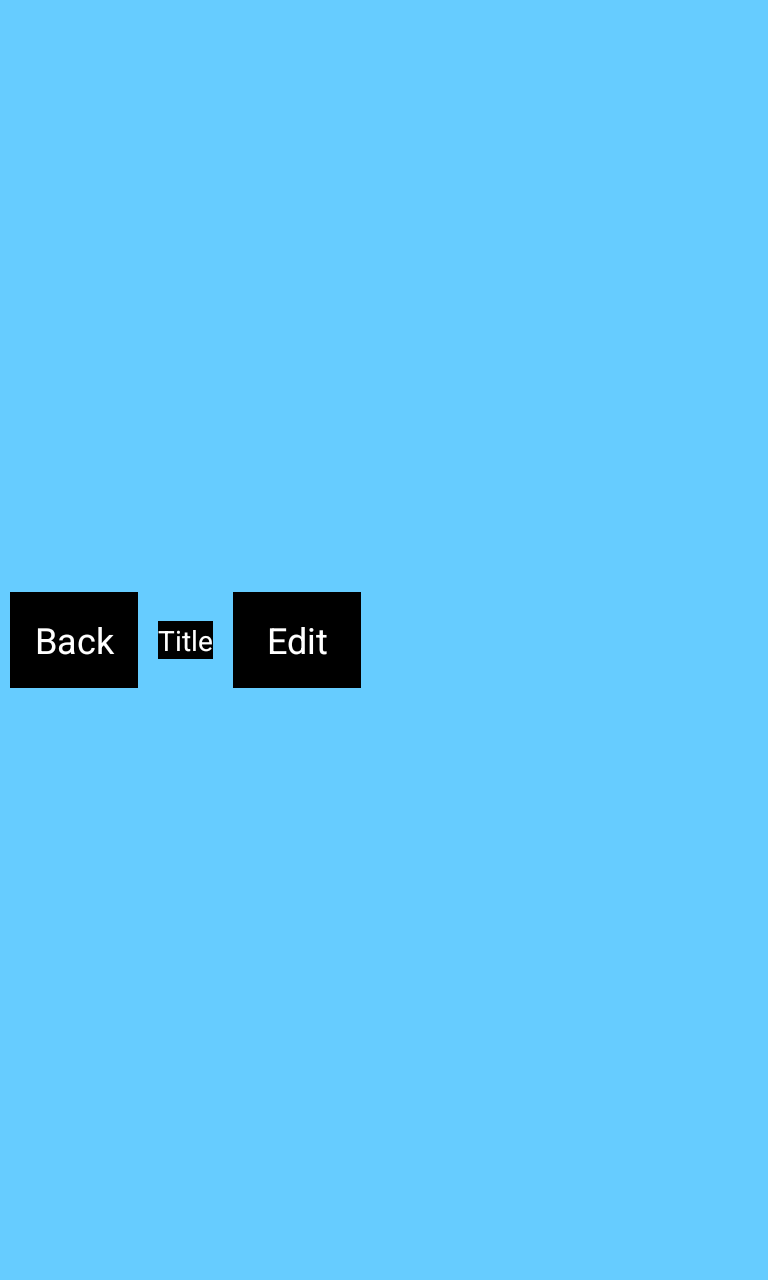
Repository: Ollyder/eclipse_work
Layout: TableLayout/res/layout/title.xml
The author's editor kept a copy of each file at every save. The layout is drawn from the files as they stood at one save, then again after the next save.
It is drawn on a 768 x 1280 px phone screen (xhdpi) without system bars, with theme AppTheme; the app's code is not run.

Above is the layout before, as saved 2017-05-28 04:58:18.

### TableLayout/res/layout/title.xml
<?xml version="1.0" encoding="utf-8"?>
<LinearLayout xmlns:android="http://schemas.android.com/apk/res/android"
    android:layout_width="match_parent"
    android:layout_height="wrap_content"
    android:background="#66ccff"
    android:orientation="horizontal"
     >

    <Button
        android:id="@+id/title_button1"
        android:layout_width="wrap_content"
        android:layout_height="wrap_content"
        android:layout_gravity="center"
        android:layout_margin="5dip"
        android:background="#000000"
        android:textColor="#ffffff"
        android:text="Back" />

    <TextView
        android:id="@+id/title_text_view1"
        android:layout_width="wrap_content"
        android:layout_height="wrap_content"
        android:layout_margin="5dip"
        android:layout_gravity="center"
        android:background="#000000"
        android:textColor="#ffffff"
        android:text="Title" />

    <Button
        android:id="@+id/title_button2"
        android:layout_width="wrap_content"
        android:layout_height="wrap_content"
        android:layout_margin="5dip"
        android:background="#000000"
        android:text="Edit"
        android:layout_gravity="center"
        android:textColor="#ffffff" />

</LinearLayout>

Loaded but not shown: TableLayout/res/values/styles.xml (common file); TableLayout/res/values-v11/styles.xml (common file); TableLayout/res/values-v14/styles.xml (common file)

After the next save:
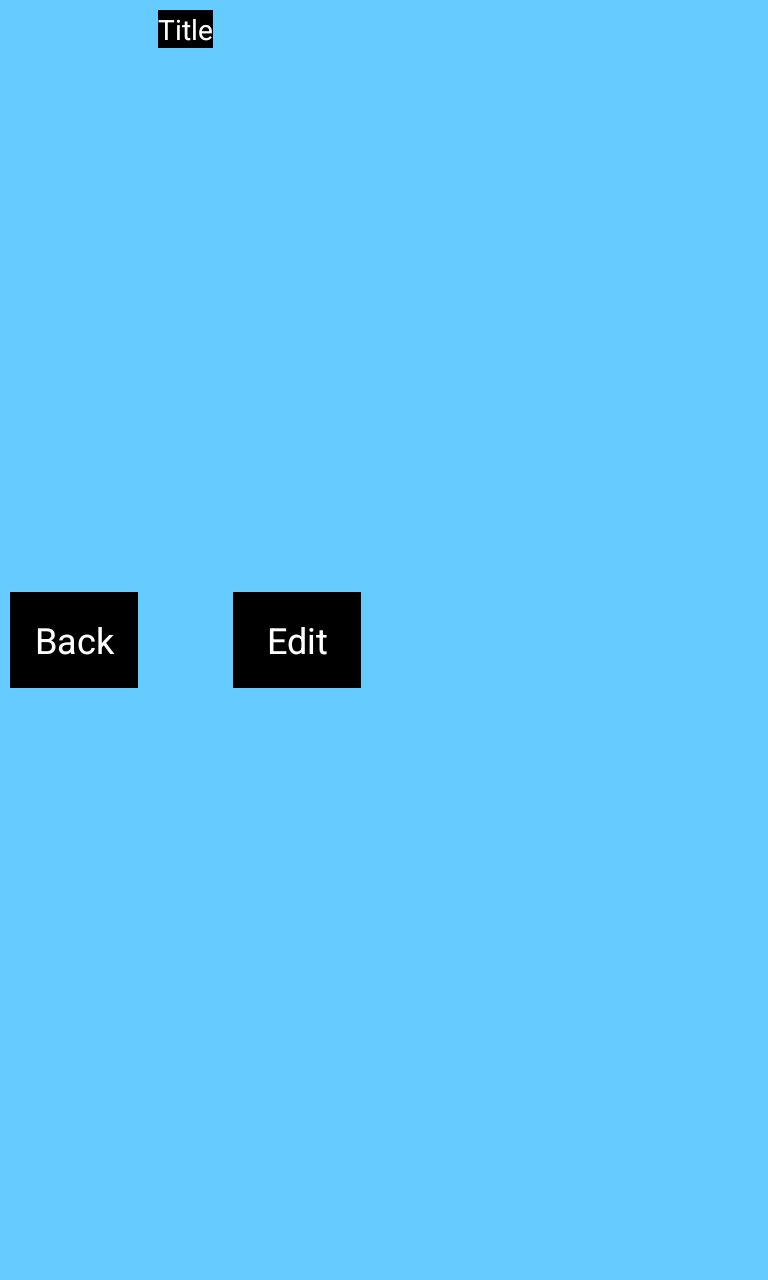
Saved 114 s later.
--- a/TableLayout/res/layout/title.xml
+++ b/TableLayout/res/layout/title.xml
@@ -21,7 +21,7 @@
         android:layout_width="wrap_content"
         android:layout_height="wrap_content"
         android:layout_margin="5dip"
-        android:layout_gravity="center"
+        android:layout_gravity="center_horizental"
         android:background="#000000"
         android:textColor="#ffffff"
         android:text="Title" />
